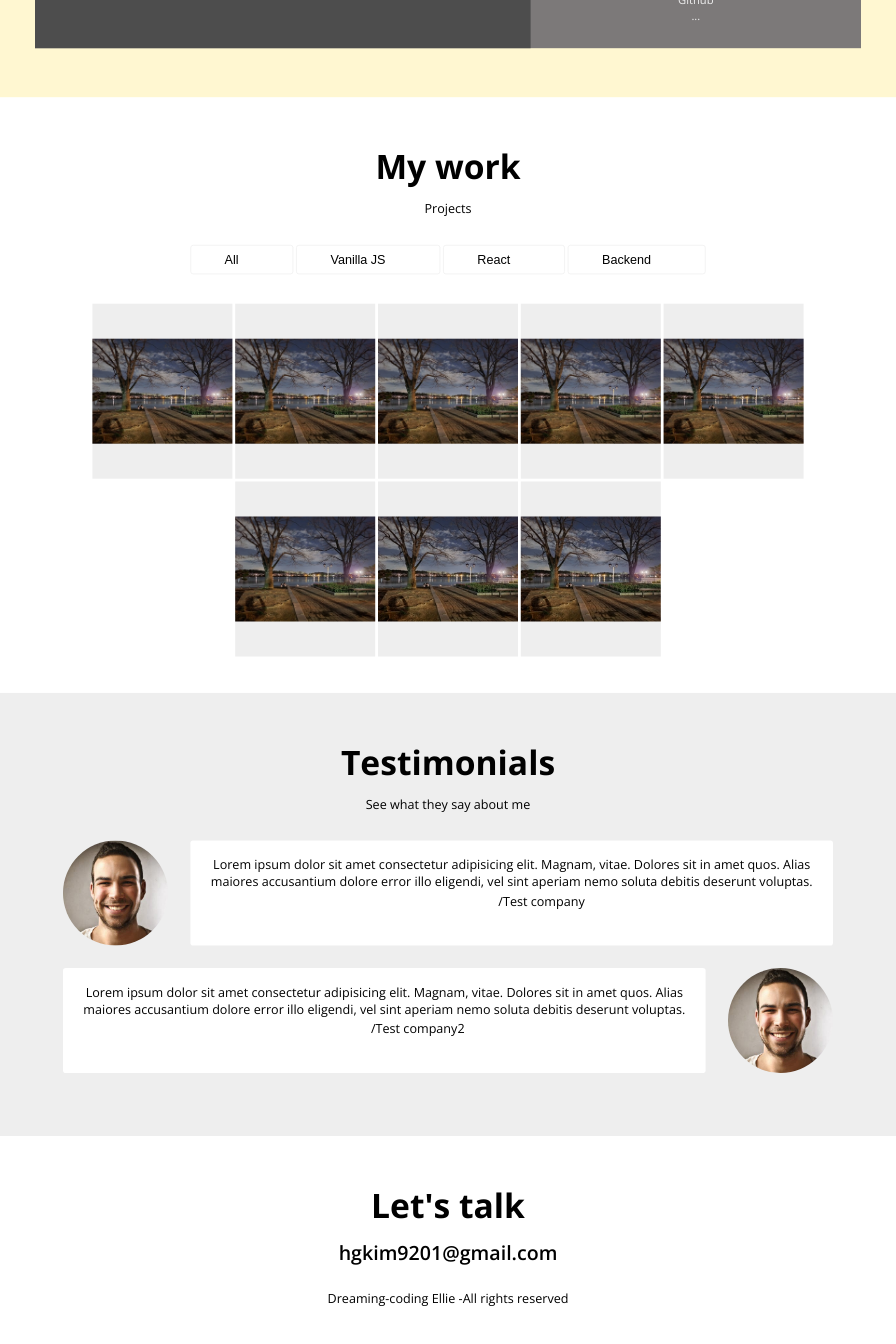
Repository: delphkim/portfolio
Page: index.html
An editor plug-in stored every save of this project. The page is shown before and after the next save, followed by the edit.
The browser window is 1280 px wide. The pictures show the part of the page from y = 2127 to 4047 px (the page is 4047 px tall), at 70% of full size.
Some web libraries are served in a nearby version.

Above is the page before, as saved 2021-08-04 17:58:29.

### index.html
<!DOCTYPE html>
<html lang="en">
  <head>
    <meta charset="UTF-8" />
    <meta http-equiv="X-UA-Compatible" content="IE=edge" />
    <meta name="viewport" content="width=device-width, initial-scale=1.0" />
    <title>DevelPhaba's Portfolio</title>
    <meta name="description" content="Portfolio for world-reknowned software engineer develPhaba"/>
    <meta name="author" content="develPhaba" />
    <link rel="icon" type="img/png" href="./imgs/favicon.png">
    <script src="https://kit.fontawesome.com/d2b892ca94.js" crossorigin="anonymous"></script>
    <link rel="preconnect" href="https://fonts.googleapis.com" />
    <link rel="preconnect" href="https://fonts.gstatic.com" crossorigin />
    <link href="https://fonts.googleapis.com/css2?family=Open+Sans:wght@400;600;700&display=swap" rel="stylesheet"/>
    <!-- CSS rules to specify families -->
    <!-- 1. font-family: 'Open Sans', sans-serif;  -->
    <link rel="stylesheet" href="./style.css">
    <script src="./main.js" defer></script>
  </head>
  <body>
    <!-- Navbar -->
    <nav id="navbar">
      <div class="navbar__logo">
        <img class="navbar__icon" src="./imgs/favicon.png" alt="logo">
        <a href="#">develPhaba</a>
      </div>

        <ul class="navbar__menu">
          <li class="navbar__menu__item active">Home</li>
          <li class="navbar__menu__item">About</li>
          <li class="navbar__menu__item">Skills</li>
          <li class="navbar__menu__item">My work</li>
          <li class="navbar__menu__item">Testimonials</li>
          <li class="navbar__menu__item">Contact</li>
        </ul>

    </nav>
    <!-- Home -->
    <section id="home">
      <img src="./imgs/home.jpg"
           alt="develPhabas' profile photo"
           class="home__avatar">
           <h1 class="home__title">Hello, <br>I'm develPhaba</br></h1>
           <h2 class="home__description">Front-end engineer, who wants to be a Full-stack engineer </h2>
           <button class="home__contact">Contact me</button>
    </section>
    <!-- About -->
    <section id="about" class="section section__container">
      <h1>About me</h1>
      <p>I've studied front-end skills.
        <br>After working as a front-end endgineer for several years,
        <br>I want to broaden my skill stack.
      </p>
      <div class="about__majors">
        <div class="major">
          <div class="major__icon">
            <i class="fab fa-html5"></i>
          </div>
          <h2 class="major__title">HTML</>
          <p class="major__description">HTML5</p>
        </div>
        <div class="major">
            <div class="major__icon">
              <i class="fab fa-css3-alt"></i>
            </div>
            <h2 class="major__title">CSS</h2>
            <p class="major__description">CSS3</p>
        </div>
        <div class="major">
          <div class="major__icon">
            <i class="fab fa-js"></i>
          </div>
          <h2 class="major__title">JavaScript</h2>
          <p class="major__description">ES5<br>ES6+</p>
        </div>
      </div>
      <div class="about__schools">
        <div class="school">
          <img src="./imgs/schools/dream-coding.png" alt="dream-coding" class="school__logo">
          <div class="school__description">
             <p class="school__title">Dream-coding Academy</p>
             <p class="school__years">2021.6~</p>
          </div>
        </div>
        <div class="school">
          <img src="./imgs/schools/inflearn.png" alt="inflearn" class="school__logo">
          <div class="school__description">
             <p class="school__title">Inflearn</p>
             <p class="school__years">2021.1~</p>
          </div>
        </div>
      </div>

    </section>
    <!-- Skills -->
     <section id="skills" class="section">
       <div class="section__container">
           <h1>Skills</h1>
  <h2>Skills & Attributes</h2>
  <p>
    Passion for learning new technologies. Capable of working with a team environment
    and independently. Ability to plan and time schedule, work under
    strict time pressure and adapt quickly when needed.
  </p>
  <div class="skillset">
    <div class="skillset__left">
      <h3 class="skillset__title">Skills</h3>
      <div class="skill">
        <div class="skill__description">
          <span>HTML</span>
          <span>60%</span>
        </div>
        <div class="skill__bar">
          <div class="skill__value" style="width: 60%"></div>
        </div>
      </div>
      <div class="skill">
        <div class="skill__description">
          <span>CSS</span>
          <span>65%</span>
        </div>
        <div class="skill__bar">
          <div class="skill__value" style="width: 65%"></div>
        </div>
      </div>
      <div class="skill">
        <div class="skill__description">
          <span>JavaScript</span>
          <span>70%</span>
        </div>
        <div class="skill__bar">
          <div class="skill__value" style="width: 70%"></div>
        </div>
      </div>
    </div>
    <div class="skillset__right">
      <div class="tools">
        <h3 class="skillset__title">tools</h3>
        <ul class="tools__list">
          <li><span>Visual Studio Code</span></li>
          <li><span>...</span></li>
          <li><span>...</span></li>
          <li><span>...</span></li>
          <li><span>...</span></li>
        </ul>
      </div>
      <div class="etc">
        <h3 class="skillset__title">etc</h3>
        <ul class="ect__list">
          <li><span>Git</span></li>
          <li><span>Github</span></li>
          <li><span>...</span></li>
        </ul>
      </div>
    </div>
  </div>
       </div>
    </section>
   <!-- Work -->
    <section id="work" class="section">
      <h1>My work</h1>
      <h3>Projects</h3>
      <div class="work__categories">
        <button class="category__btn">All <span class="category__count">8</span></button>
        <button class="category__btn">Vanilla JS <span class="category__count">3</span></button>
        <button class="category__btn">React <span class="category__count">3</span></button>
        <button class="category__btn">Backend <span class="category__count">2</span></button>
      </div>
      <div class="work__projects">
        <a href="https://github.com/develPhaba/test"
           class="project"
           target="blank">
           <img class="project__img" src="./imgs/projects/1.jpg" alt="one">
           <div class="project__description">
             <h3>first project</h3>
             <span>Clone coding with HTML and CSS</span>
           </div>
        </a>
        <a href="https://github.com/develPhaba/test"
           class="project"
           target="blank">
           <img class="project__img" src="./imgs/projects/2.jpg" alt="two">
           <div class="project__description">
            <h3>Second project</h3>
            <span>Clone coding with HTML, CSS and JavaScript</span>
          </div>
        </a>
        <a href="https://github.com/develPhaba/test"
           class="project"
           target="blank">
           <img class="project__img" src="./imgs/projects/3.jpg" alt="three">
           <div class="project__description">
            <h3>third project</h3>
            <span>Clone coding with HTML,CSS and JavaScript</span>
           </div>
        </a>
        <a href="https://github.com/develPhaba/test"
           class="project"
           target="blank">
          <img class="project__img" src="./imgs/projects/4.jpg" alt="four">
          <div class="project__description">
            <h3>fourth project</h3>
            <span>Clone coding,Front-end with React</span>
          </div>
        </a>
        <a href="https://github.com/develPhaba/test"
           class="project"
           target="blank">
          <img class="project__img" src="./imgs/projects/5.jpg" alt="five">
          <div class="project__description">
            <h3>fifth project</h3>
            <span>Clone coding,Front-end with React</span>
          </div>
        </a>
        <a href="https://github.com/develPhaba/test"
           class="project"
           target="blank">
          <img class="project__img" src="./imgs/projects/6.jpg" alt="six">
          <div class="project__description">
            <h3>sixth project</h3>
            <span>Clone coding,Front-end with React</span>
          </div>
        </a>
        <a href="https://github.com/develPhaba/test"
           class="project"
           target="blank">
           <img class="project__img" src="./imgs/projects/7.jpg" alt="seven">
           <div class="project__description">
            <h3>seventh project</h3>
            <span>Clone coding, Back-end with Node.js</span>
           </div>
        </a>
        <a href="https://github.com/develPhaba/test"
           class="project"
           target="blank">
           <img class="project__img" src="./imgs/projects/8.jpg" alt="eight">
           <div class="project__description">
            <h3>eighth project</h3>
            <span>Clone coding, Back-end with Node.js</span>
           </div>
        </a>
      </div>
    </section>
    <!-- Testimonials -->
    <section id="testimonials" class="section">
      <h1>Testimonials</h1>
      <h3>See what they say about me</h3>
      <div class="testimonials">
        <div class="testimonial">
          <img src="./imgs/testimonial/people1.jpg"
               alt="people"
               class="testimonial__avatar">
               <div class="testimonial__speech-bubble">
                 <p>Lorem ipsum dolor sit amet consectetur adipisicing elit. Magnam, vitae.
                   Dolores sit in amet quos. Alias maiores accusantium dolore error illo eligendi,
                   vel sint aperiam nemo soluta debitis deserunt voluptas.</p>
                   <p class="name"><a href="https://github.com/develPhaba/test">TestName</a>/Test company</p>
               </div>
        </div>
        <div class="testimonial">
          <img src="./imgs/testimonial/people2.jpg"
               alt="people"
               class="testimonial__avatar">
               <div class="testimonial__speech-bubble">
                <p>Lorem ipsum dolor sit amet consectetur adipisicing elit. Magnam, vitae.
                  Dolores sit in amet quos. Alias maiores accusantium dolore error illo eligendi,
                  vel sint aperiam nemo soluta debitis deserunt voluptas.</p>
                <p class="name"><a href="https://github.com/develPhaba/test">TestName2</a>/Test company2</p>
              </div>
        </div>
      </div>
    </section>
    <!-- Contact -->
    <section id="contact" class="section">
      <h1 class="contact__title">Let's talk</h1>
      <h2 class="contact__email">hgkim9201@gmail.com</h2>
      <div class="contact__links">
      <a href="https://github.com/develPhaba">
        <i class="fa fa-github"></i>
      </a>
      <a href="">
      <i class="fa fa-linkedin-square"></i>
      </a>
      </div>
      <p class="contact__rights">Dreaming-coding Ellie -All rights reserved</p>
    </section>
  </body>
</html>

### style.css
:root {
  /* Color */
  --color-white: #ffffff;
  --color-light-white: #eeeeee;
  --color-dark-white: #bdbdbd;
  --color-pink: #fe918d;
  --color-dark-pink: #ff6863;
  --color-dark-grey: #4d4d4d;
  --color-grey: #616161;
  --color-light-grey: #7c7979;
  --color-blue: #73aace;
  --color-yellow: #fff7d1;
  --color-orange: #feb546;
  --color-black: #000000;
  --color-green: #80deea;
  --color-dark-green: #17b0bb;
  --color-sky-blue: #2979ff;
  --color-dark-blue: rgb(31, 94, 204);
  /* Font size */
  --font-large: 48px;
  --font-medium: 28px;
  --font-regular: 18px;
  --font-small: 16px;
  --font-micro: 14px;
  /* Font weight */
  --weight-bold: 700;
  --weight-semi-bold: 600;
  --weight-regular: 400;
  /* Size */
  --size-border-radius: 4px;
  /*Animation*/
  --animation-duration: 300ms;
}
/* Universal tags */
* {
  box-sizing: border-box;
}
body {
  font-family: "Open Sans", sans-serif;
  margin: 0;
  cursor: default;
}
a {
  text-decoration: none;
  color: var(--color-white);
}
ul {
  list-style: none;
  padding-left: 0;
}
h1 {
  font-size: var(--font-large);
  font-weight: var(--weight-bold);
  color: var(--color-black);
  margin: 16px 0;
}
h2 {
  font-size: var(--font-medium);
  font-weight: var(--weight-semi-bold);
  color: var(--color-black);
  margin: 8px 0;
}
h3 {
  font-size: var(--font-regular);
  font-weight: var(--weight-regular);
  color: var(--color-black);
  margin: 8px 0;
}
p {
  font-size: var(--font-regular);
  font-weight: var(--weight-regular);
  color: var(--color-black);
  margin: 4px 0;
}
button {
  background-color: transparent;
  cursor: pointer;
  border: none;
  outline: none;
}
/* Navbar */
#navbar {
  display: flex;
  justify-content: space-between;
  background-color: var(--color-sky-blue);
  align-items: center;
  color: var(--color-white);
  padding: 16px;
}
.navbar__logo {
  font-size: var(--font-medium);
  font-weight: var(--weight-semi-bold);
}
.navbar__icon {
  width: var(--font-medium);
  height: var(--font-medium);
}
.navbar__menu {
  display: flex;
}
.navbar__menu__item {
  padding: 8px 12px;
  margin: 0 4px;
  cursor: pointer;
  border-radius: var(--size-border-radius);
}
.navbar__menu__item:hover {
  background-color: var(--color-dark-blue);
}
.navbar__menu__item.active {
  border: 1px solid var(--color-white);
}
/*Home*/
#home {
  background: url(./imgs/homepage-background.png) center/cover no-repeat;
  padding: 40px;
  text-align: center;
}
.home__avatar {
  width: 250px;
  height: 250px;
  border-radius: 50%;
  border: 2px solid var(--color-light-white);
}
.home__title,
.home__description {
  color: var(--color-white);
}
.home__contact {
  color: var(--color-white);
  font-size: var(--font-regular);
  font-weight: var(--weight-bold);
  margin: 24px;
  padding: 8px 12px;
  border: 2px solid var(--color-white);
  border-radius: var(--size-border-radius);
}
/* Section common */
.section {
  text-align: center;
  padding: 50px;
  margin: auto;
}
.section__container {
  max-width: 1200px;
  margin: auto;
}
/* About me */
.about__majors {
  display: flex;
  justify-content: space-between;
  margin: 80px 0;
}
.major__icon {
  color: var(--color-dark-blue);
  font-size: 70px;
  width: 170px;
  height: 170px;
  line-height: 170px;
  margin: auto;
  border: 1px solid var(--color-blue);
  border-radius: 50%;
  margin-bottom: 16px;
}
.major__title,
.major__description {
  color: var(--color-dark-grey);
}
.major__description {
  font-size: var(--font-small);
}
.major__icon i {
  transition: all var(--animation-duration) ease;
}
.major__icon:hover i {
  transform: rotate(-30deg) scale(1.1);
  color: var(--color-dark-pink);
}
.school {
  display: flex;
  align-items: center;
}
.school__description {
  margin: 0 16px;
  text-align: left;
}
.school__title,
.school__years {
  color: var(--color-dark-grey);
}

.school__title {
  font-size: var(--font-small);
}
.school__years {
  font-size: var(--font-micro);
}
/* Skills */
#skills {
  background-color: var(--color-yellow);
}
.skillset {
  display: flex;
  background-color: var(--color-light-grey);
  color: var(--color-light-white);
  margin: 20px 0;
}
.skillset__title {
  color: var(--color-white);
}
.skillset__left {
  flex-basis: 60%;
  background-color: var(--color-dark-grey);
  padding: 20px 40px;
}
.skill__description {
  display: flex;
  justify-content: space-between;
}
.skillset__right {
  flex-basis: 40%;
}
.skill {
  margin-bottom: 32px;
}
.skill__bar {
  width: 100%;
  height: 3px;
  background-color: var(--color-light-grey);
  border-radius: var(--size-border-radius);
}
.skill__value {
  height: 3px;
  background-color: var(--color-orange);
  border-radius: var(--size-border-radius);
}
.tools {
  background-color: var(--color-grey);
}

.tools,
.etc {
  padding: 20px;
}

/* Work */
.work__categories {
  margin: 40px;
}
.category__btn {
  border: 1px solid var(--color-light-white);
  border-radius: var(--size-border-radius);
  font-size: var(--font-regular);
  padding: 8px 48px;
}
.category__btn.active,
.category__btn:hover {
  background-color: var(--color-sky-blue);
  color: var(--color-white);
}
.category__btn.active .category__count,
.category__btn:hover .category__count {
  opacity: 1;
  top: 0;
}
.category__count {
  border-radius: 50%;
  background-color: var(--color-dark-green);
  color: var(--color-white);
  width: 24px;
  height: 24px;
  display: inline-block;
  line-height: 24px;
  position: relative;
  top: -20px;
  left: 4px;
  opacity: 0;
  transition: all var(--animation-duration) ease-in;
}

.work__projects {
  display: flex;
  flex-wrap: wrap;
  justify-content: center;
}
.project {
  width: 200px;
  height: 250px;
  margin: 2px;
  background-color: var(--color-light-white);
  position: relative;
  display: flex;
  justify-content: center;
  align-items: center;
}

.project__img {
  max-width: 100%;
  max-height: 100%;
}
.project__description {
  position: absolute;
  top: 0;
  left: 0;
  background-color: var(--color-black);
  width: 100%;
  height: 100%;
  display: flex;
  flex-direction: column;
  justify-content: center;
  transition: all var(--animation-duration) ease-in;
  opacity: 0;
  transform: translateY(-10px);
}
.project:hover .project__description {
  opacity: 0.8;
  transform: translateY(0);
}

.project__description h3 {
  color: var(--color-white);
}
.project__description h3:after {
  content: "";
  width: 24px;
  height: 2px;
  background-color: var(--color-dark-white);
  display: block;
  position: relative;
  left: 50%;
  margin-left: -12px;
  margin-top: 8px;
}
/* Testimonials */
#testimonials {
  background-color: var(--color-light-white);
}
.testimonials {
  margin: 40px;
}
.testimonials :nth-child(2) {
  flex-direction: row-reverse;
}
.testimonial:nth-child(odd) .testimonial__avatar {
  margin-right: 32px;
}
.testimonial:nth-child(even) .testimonial__avatar {
  margin-left: 32px;
}
.testimonial {
  margin: 32px 0;
  display: flex;
}
.testimonial__avatar {
  width: 150px;
  height: 150px;
  border-radius: 50%;
}
.testimonial__speech-bubble {
  color: var(--color-pink);
  background-color: var(--color-white);
  padding: 18px;
  border-radius: var(--size-border-radius);
}

Loaded but not shown: main.js (no stored copy; drawn as an empty file)

After the next save:
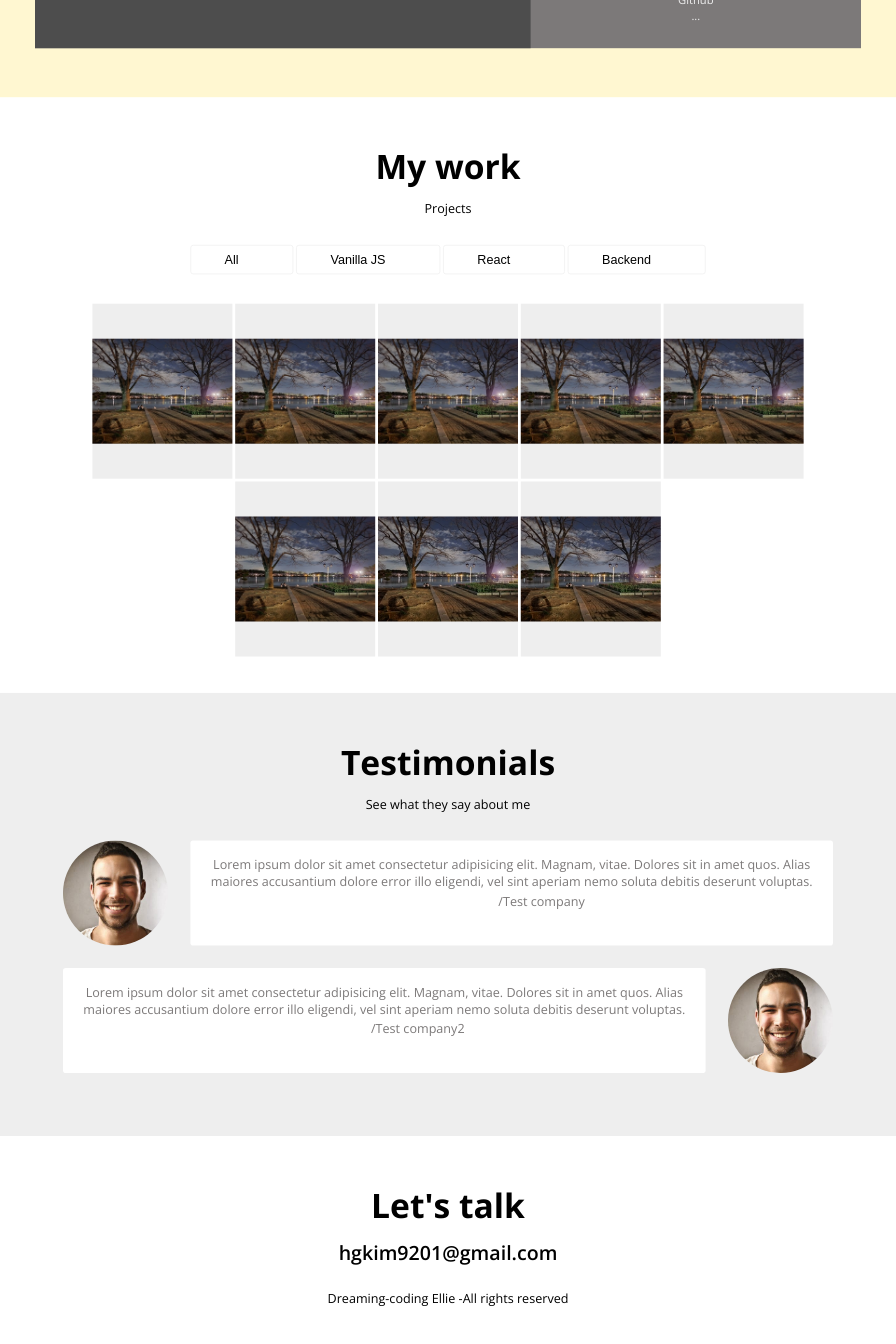
Saved 41 s later.
--- a/style.css
+++ b/style.css
@@ -357,8 +357,10 @@
   border-radius: 50%;
 }
 .testimonial__speech-bubble {
-  color: var(--color-pink);
   background-color: var(--color-white);
   padding: 18px;
   border-radius: var(--size-border-radius);
 }
+.testimonial__speech-bubble p {
+  color: var(--color-light-grey);
+}
